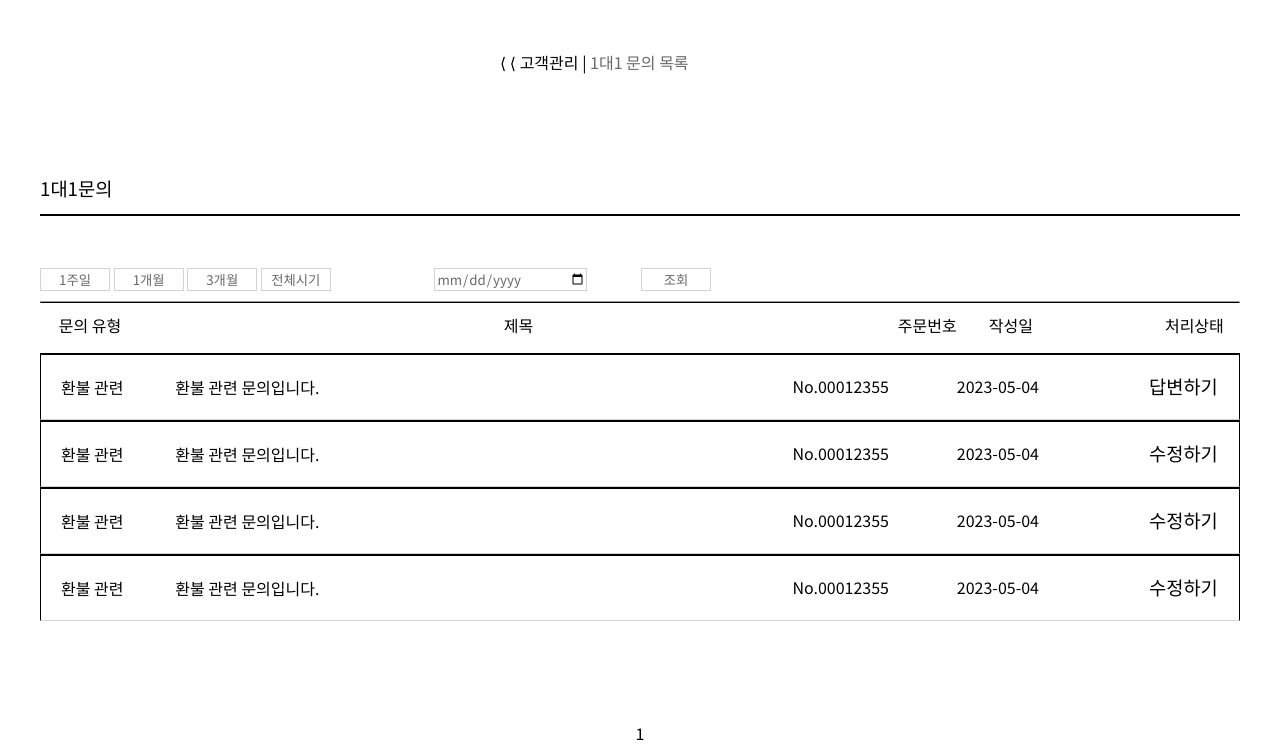
Repository: mcw9503/PassionForFashion
Page: Semi_Project/src/main/webapp/WEB-INF/QnaPage.html
These files come from the project's save history. The page is drawn as it stood at one moment and after the next save; the edit follows.
The browser window is 1280 px wide. The pictures show the whole page.

Above is the page before, as saved 2023-05-07 08:47:11.

### Semi_Project/src/main/webapp/WEB-INF/QnaPage.html
<!DOCTYPE html>
<html>
<head>
<meta charset="UTF-8">
<title>Insert title here</title>
<link href="https://fonts.googleapis.com/earlyaccess/notosanskr.css"
	rel="stylesheet">
</head>

<style>

* {
	outline: none;
	margin: 0;
	font-family: 'Noto Sans KR', sans-serif;
}

input[id*="answer"] {
	display: none;
}

input[id*="answer"] + label {
	display:block;
	padding:20px;
	border:1px solid black;
	border-top:2px solid black;
	border-bottom: 1px solid lightgray;
	color:black;
	font-weight:200;
	background: white;
	position: relative;
}


input[id*="answer"] + label h3 {
	position: absolute;
	top: 50%;
	right:10px;
	width:80px;
	height:30px;
	margin-top: -15px;
	border-top: none:
	background: white;
	font-weight: 200;
}

input[id*="answer"] + label span {
	position: absolute;
	top: 30%;
	right:200px;
}



input[id*="answer"] + label + div {
	max-height: 0;
	transition: all .35s;
	overflow: hidden;
	background: white;
	font-size: 11px;
	border-left: 1px solid lightgray;
	border-right: 1px solid lightgray;
}

input[id*="answer"] + label + div:last-child{
	border-bottom : 1px solid black;
}

input[id*="answer"] + label + div p {
	display:inline-block;
	padding:20px;
}

input[id*="answer"]:checked + label + div {
	max-height: 500px;
}
.qnaCategoy {
font-weight: 500;
}
hr{
border-bottom: 1px solid black;
}
div button {
	color: dimgray;
	background:white;
	border: 1px solid lightgray;
	margin-bottom: 10px;
	width: 70px;
}

div button:active{
	color: black;
	background:white;
	border: 0.5px solid black;
}

div form input {
	color: dimgray;
	background:white;
	border: 1px solid lightgray;
	margin-bottom: 10px;
	width: 70px;
}

div form input:active {
	color: black;
	background:white;
	border: 0.5px solid black;
}



</style>
<body>
	<div style="display:inline-block; margin-left: 500px; margin-bottom: 100px; margin-top: 50px;">&lang; &lang; 고객관리 <span>|</span> <span style="color:dimgray;">  1대1 문의 목록</span>
	</div>
	<div class="qnaWrap" style="width: 1200px; margin: auto;" >

		<h3 style="font-weight: 400; margin-bottom: 30px; border-bottom: 2px solid black; height: 40px;"> 1대1문의</h3>
		<div style="margin-top: 50px;">
			<form>
				<button type="button">1주일</button>
				<button type="button">1개월</button>
				<button type="button">3개월</button>
				<button type="button" name="date">전체시기</button>
				<input type="date" name="date" style="width:  150px; margin-left: 100px; margin-right: 50px;">
				<input type="submit" name="submit" value="조회">
			</form>
		</div>

		<hr style="margin-bottom: 10px; font-weight: 800; color:black;">

		<div style="display: inline-block; text-align: center; width: 100px; height: 40px;">
			<p>문의 유형</p>
		</div>
		<div style="display: inline-block; text-align: center; width: 750px; height: 40px;">
			<p> 제목 </p>
		</div>
		<div style="display: inline-block; text-align: center; width: 60px; height: 40px;">
			<p> 주문번호 </p>
		</div>
		<div style="display: inline-block; text-align: center; width: 100px; height: 40px; margin-right: 85px;">
			<p> 작성일 </p>
		</div>
		<div style="display: inline-block; text-align: center; width: 90px; height: 40px; ">
			<p> 처리상태 </p>
		</div>

		<input type="checkbox" id="answer01">
		<label for="answer01">
		<div class="qnaCategoy" style="display: inline-block; width: 100px;">환불 관련</div>
		&nbsp;&nbsp;
		환불 관련 문의입니다.
		<span style="margin-right: 150px;">No.00012355</span>
		<span>2023-05-04</span>
		<h3 class="ansComplete"style="margin-left: 15px; ">답변하기</h3></label>
		<div>
			<p class="qnaAnswer"></p>
		</div>

		<input type="checkbox" id="answer02">
		<label for="answer02">
		<div class="qnaCategoy" style="display: inline-block; width: 100px;">환불 관련</div>
		&nbsp;&nbsp;
		환불 관련 문의입니다.
		<span style="margin-right: 150px;">No.00012355</span>
		<span>2023-05-04</span>
		<h3 class="ansComplete" style="margin-left: 15px;"></h3></label>
		<div>
			<p class="qnaAnswer">답변완료 해드렸습니다.</p>
		</div>

		<input type="checkbox" id="answer03">
		<label for="answer03">
		<div class="qnaCategoy" style="display: inline-block; width: 100px;">환불 관련</div>
		&nbsp;&nbsp;
		환불 관련 문의입니다.
		<span style="margin-right: 150px;">No.00012355</span>
		<span>2023-05-04</span><h3 class="ansComplete" style="margin-left: 15px;">답변하기</h3></label>
		<div>
			<p class="qnaAnswer">답변완료 해드렸습니다. 다른 문의는 더 필요 없으신가요.
			저희 쇼핑몰을 이용해주셔서 감사드립니다. 좋은 하루 보내세요.</p>
		</div>

		<input type="checkbox" id="answer04">
		<label for="answer04">
		<div class="qnaCategoy" style="display: inline-block; width: 100px;">환불 관련</div>
		&nbsp;&nbsp;
		환불 관련 문의입니다.
		<span style="margin-right: 150px;">No.00012355</span>
		<span>2023-05-04</span><h3  class="ansComplete" style="margin-left: 15px;">답변하기</h3></label>
		<div>
			<p class="qnaAnswer">답변완료 해드렸습니다. 다른 문의는 더 필요 없으신가요.
			저희 쇼핑몰을 이용해주셔서 감사드립니다. 좋은 하루 보내세요.</p>
		</div>

		<div class="pageNum" style="margin-top: 100px; text-align: center;">1</div>

	</div>



	<script>
	window.onload = function(){
	const qnaAnswer = document.querySelectorAll(".qnaAnswer");
	const ansComplete = document.querySelectorAll(".ansComplete");


		for(i=0; i<qnaAnswer.length; i++){
			if(qnaAnswer[i].innerText == ""){
				ansComplete[i].innerText="답변하기";
			}else{
				ansComplete[i].innerText = "수정하기";
			}

		}



	}

	</script>

</body>
</html>

After the next save:
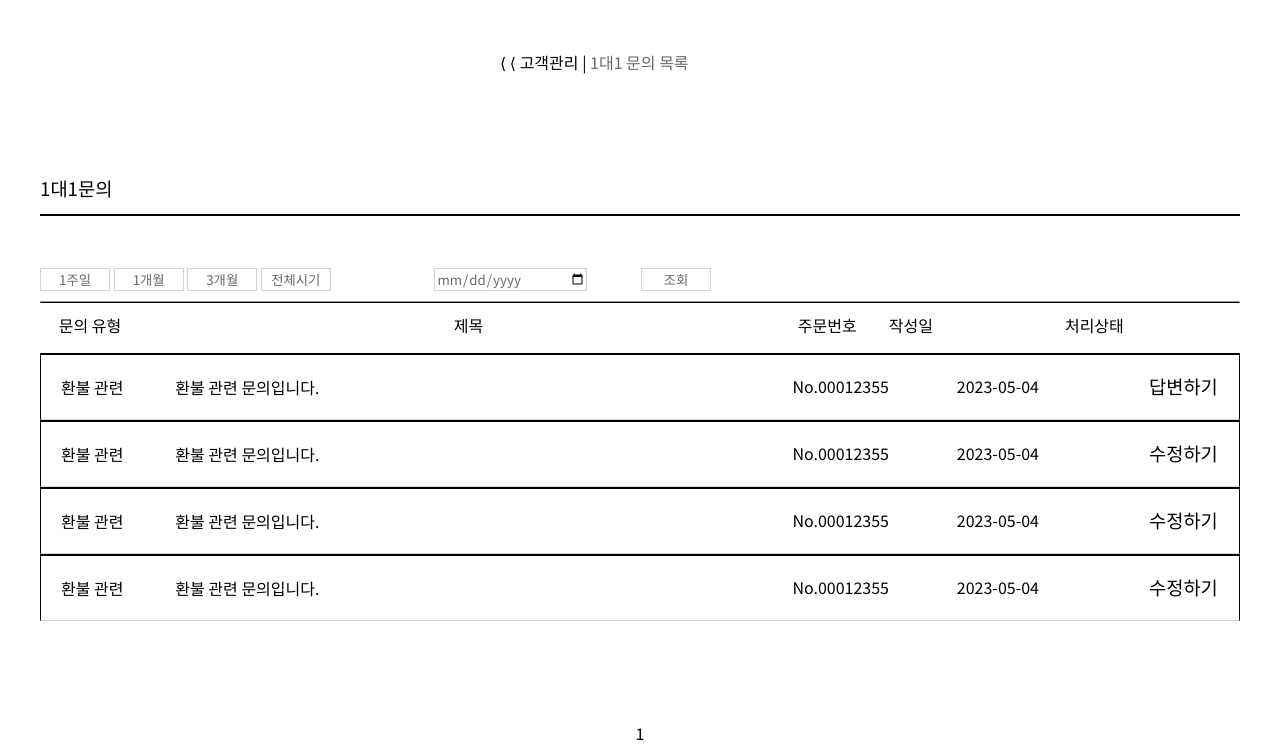
Saved 8 s later.
--- a/Semi_Project/src/main/webapp/WEB-INF/QnaPage.html
+++ b/Semi_Project/src/main/webapp/WEB-INF/QnaPage.html
@@ -133,7 +133,7 @@ div form input:active {
 		<div style="display: inline-block; text-align: center; width: 100px; height: 40px;">
 			<p>문의 유형</p>
 		</div>
-		<div style="display: inline-block; text-align: center; width: 750px; height: 40px;">
+		<div style="display: inline-block; text-align: center; width: 650px; height: 40px;">
 			<p> 제목 </p>
 		</div>
 		<div style="display: inline-block; text-align: center; width: 60px; height: 40px;">
